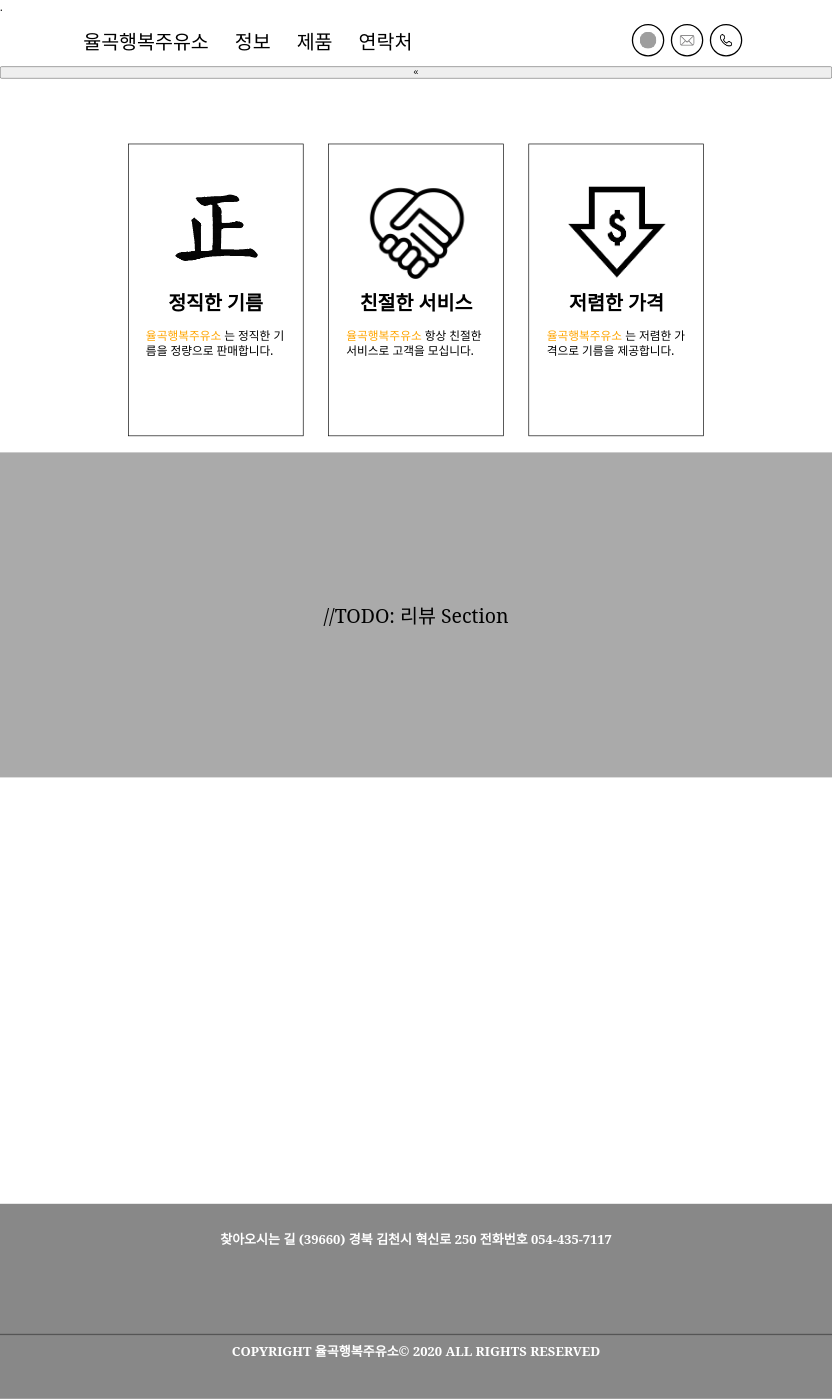
Repository: randomUser134923/pet-projects
Page: pet-projects/web1/index.html
The author's editor kept a record of every edit. The page is drawn from the files as they stood at one moment, then again after the next edit.
The browser window is 1280 px wide. The pictures show the whole page, at 65% of full size.
Pictures or frames that could not be fetched are drawn as grey boxes.

Above is the page before.

After the next edit:
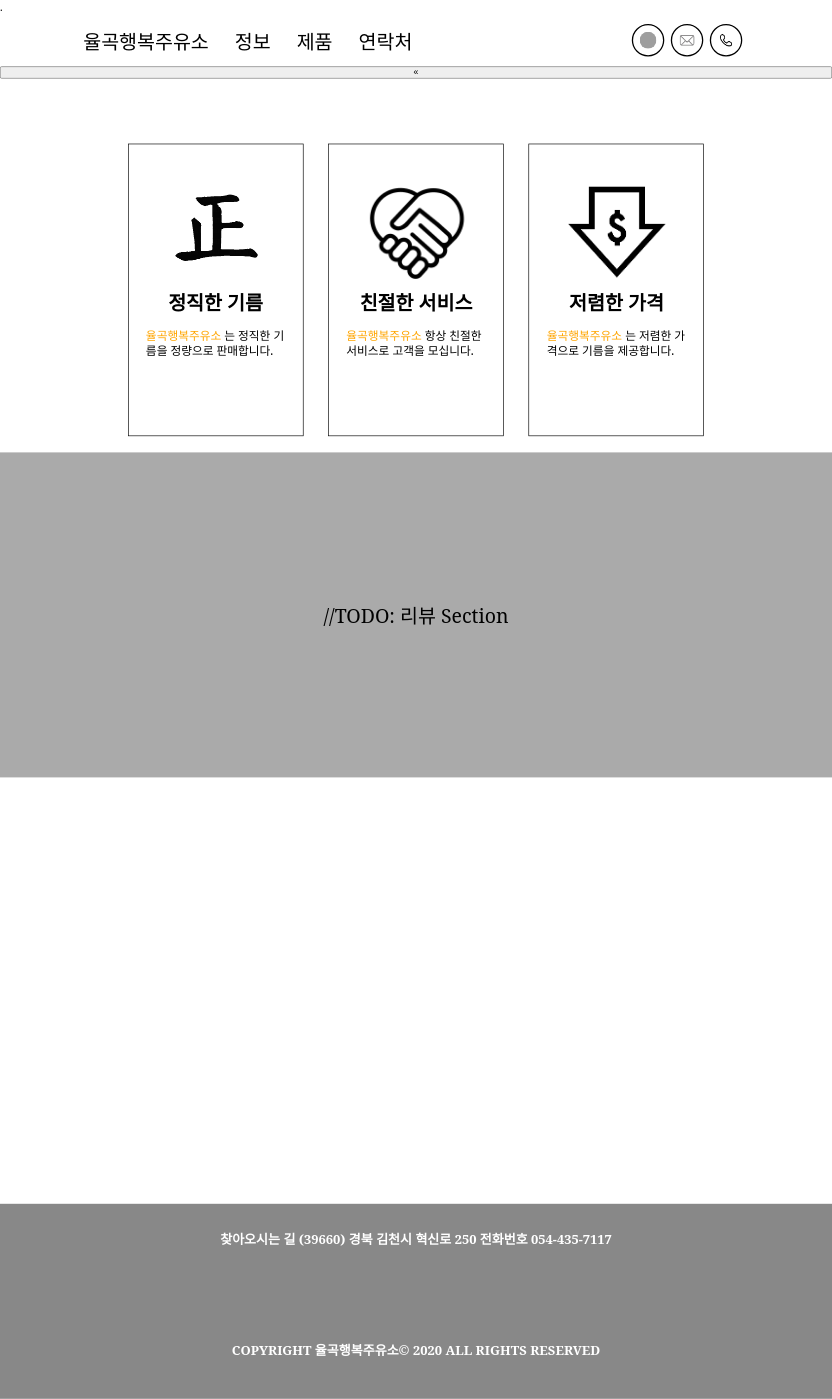
The edit:
--- a/pet-projects/web1/css/style.css
+++ b/pet-projects/web1/css/style.css
@@ -281,8 +281,7 @@
 }
 
 .copyright {
-    height: 100px;
-    border-top: 2px solid #555555;
+    height: 5px;
 
 }
 
